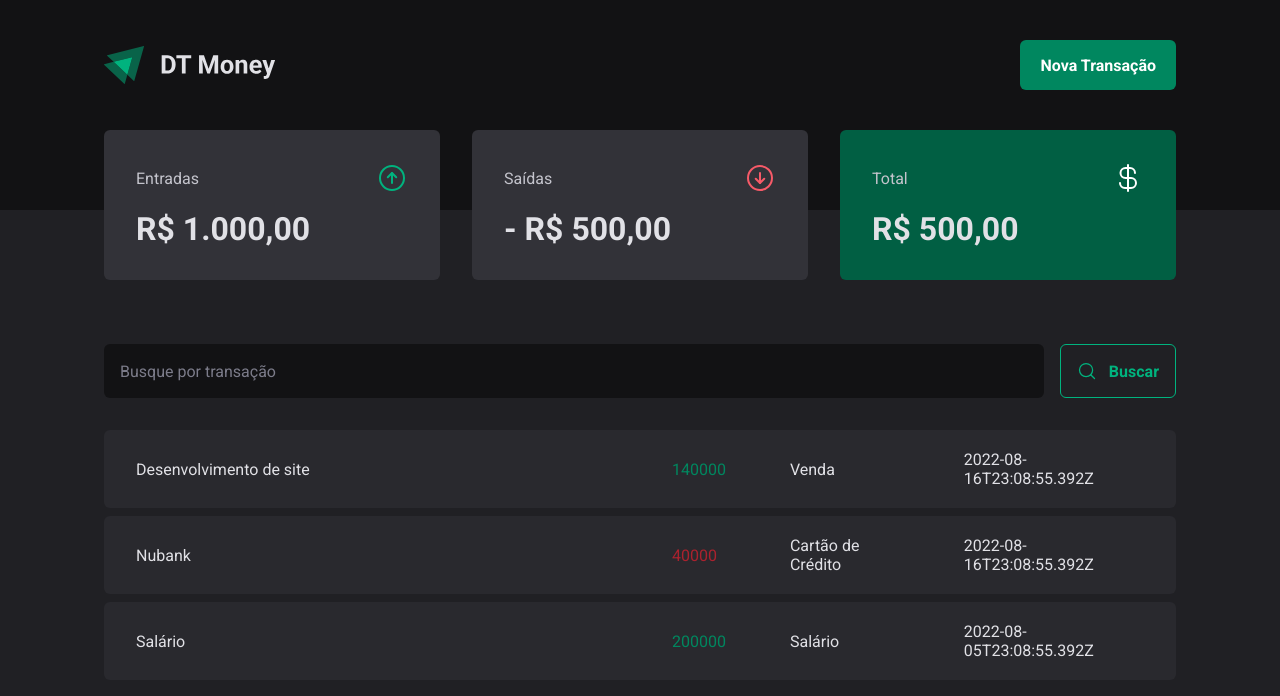
Repository: guilhermecardoso93/dtmoney-reactjs-ignite
Page: /
These files come from the project's save history. The page is drawn as it stood at one moment and after the next save; the edit follows.
The browser window is 1280 px wide. The pictures show the whole page.
The project was rebuilt for these pictures with package versions that can differ from the ones it lists, and the page was loaded fresh each time. Requests to the local data server were answered from the project's data file. Also part of the build but not shown: vite.config.ts.

Above is the page before, as saved 2022-08-16 21:08:33.

After the next save:
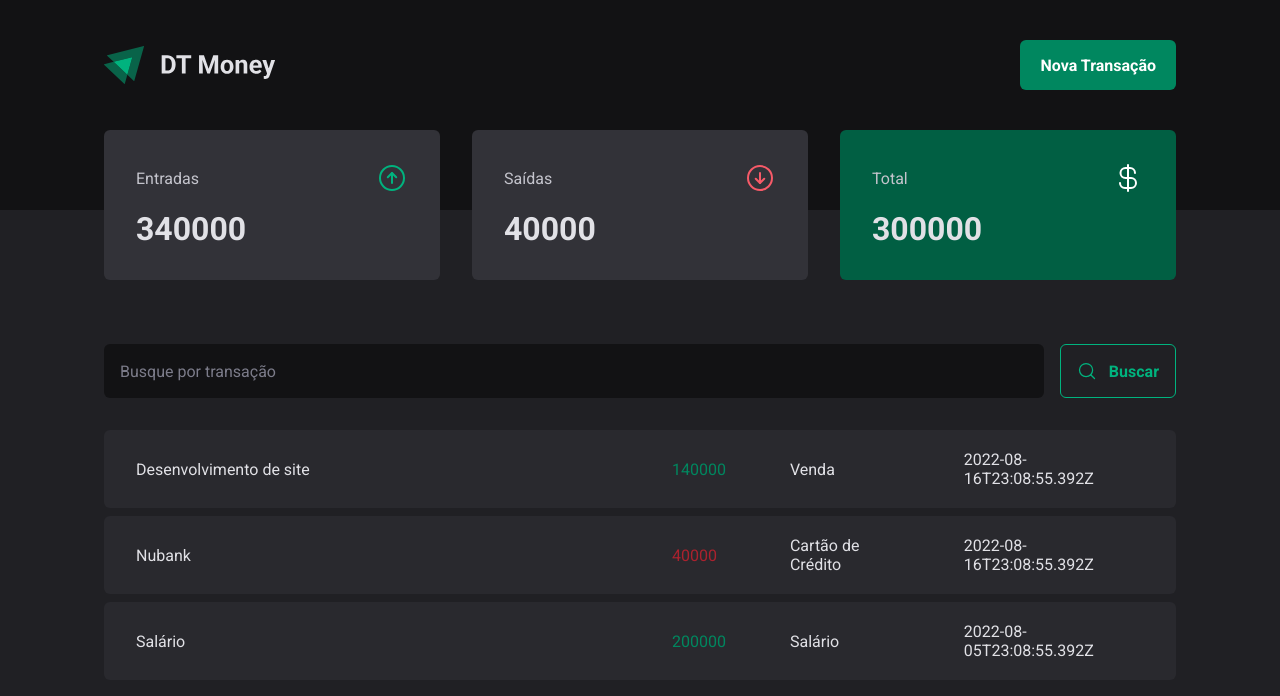
Saved 36 s later.
--- a/src/components/Summary/index.tsx
+++ b/src/components/Summary/index.tsx
@@ -10,11 +10,10 @@ export function Summary() {
     (acc, transaction) => {
       if (transaction.type === "income") {
         acc.income += transaction.price;
-        acc.total += transaction.price
+        acc.total += transaction.price;
       } else {
         acc.outcome += transaction.price;
-        acc.total -= transaction.price
-
+        acc.total -= transaction.price;
       }
       return acc;
     },
@@ -32,21 +31,21 @@ export function Summary() {
           <span>Entradas</span>
           <ArrowCircleUp size={32} color="#00b37e" />
         </header>
-        <strong>R$ 1.000,00</strong>
+        <strong>{summary.income}</strong>
       </SummaryCard>
       <SummaryCard>
         <header>
           <span>Saídas</span>
           <ArrowCircleDown size={32} color="#f75a68" />
         </header>
-        <strong> - R$ 500,00</strong>
+        <strong> {summary.outcome}</strong>
       </SummaryCard>
       <SummaryCard variant="green">
         <header>
           <span>Total</span>
           <CurrencyDollar size={32} color="#fff" />
         </header>
-        <strong>R$ 500,00</strong>
+        <strong>{summary.total}</strong>
       </SummaryCard>
     </SummaryContainer>
   );
